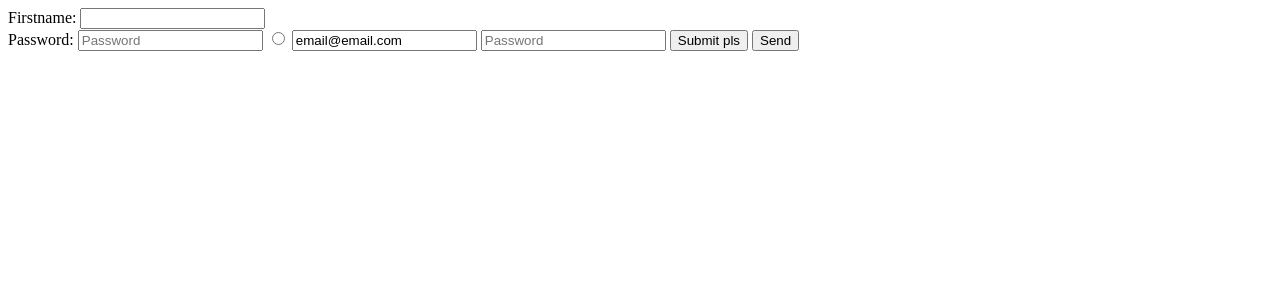
Repository: Tranghii/HTML-CSS
Page: HTML&CSS/form.html
The author's editor kept a copy of each file at every save. The page is drawn from the files as they stood at one save, then again after the next save.
The browser window is 1280 px wide. The pictures show the whole page.

Above is the page before, as saved 2025-10-11 17:05:37.

After the next save:
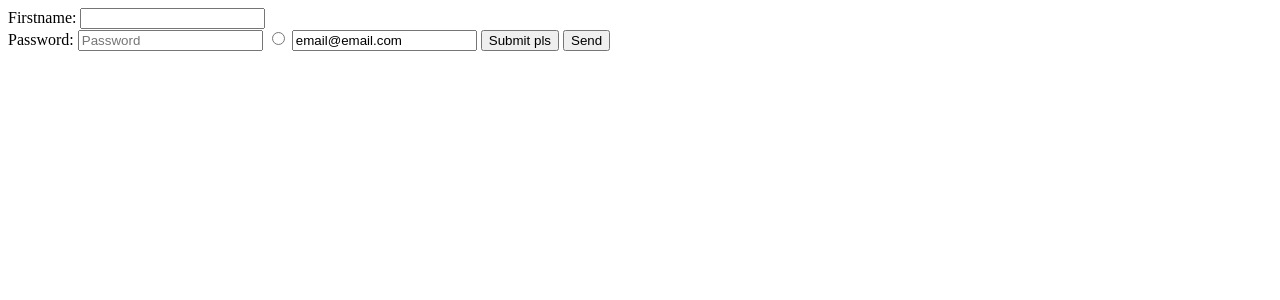
Saved 9 min 12 s later.
--- a/HTML&CSS/form.html
+++ b/HTML&CSS/form.html
@@ -15,7 +15,7 @@
         <input type="radio" name="gender" id="gender" placeholder="gender">
 
         <input type="email" name="email" id="email" value="email@email.com" placeholder="email">
-        <input type="Password" name="pass" id="pass" placeholder="Password">
+        <intexxtput type="Password" name="pass" id="pass" placeholder="Password">
    <input type="submit" value="Submit pls" >
    <button type="submit" > Send</button>
 
